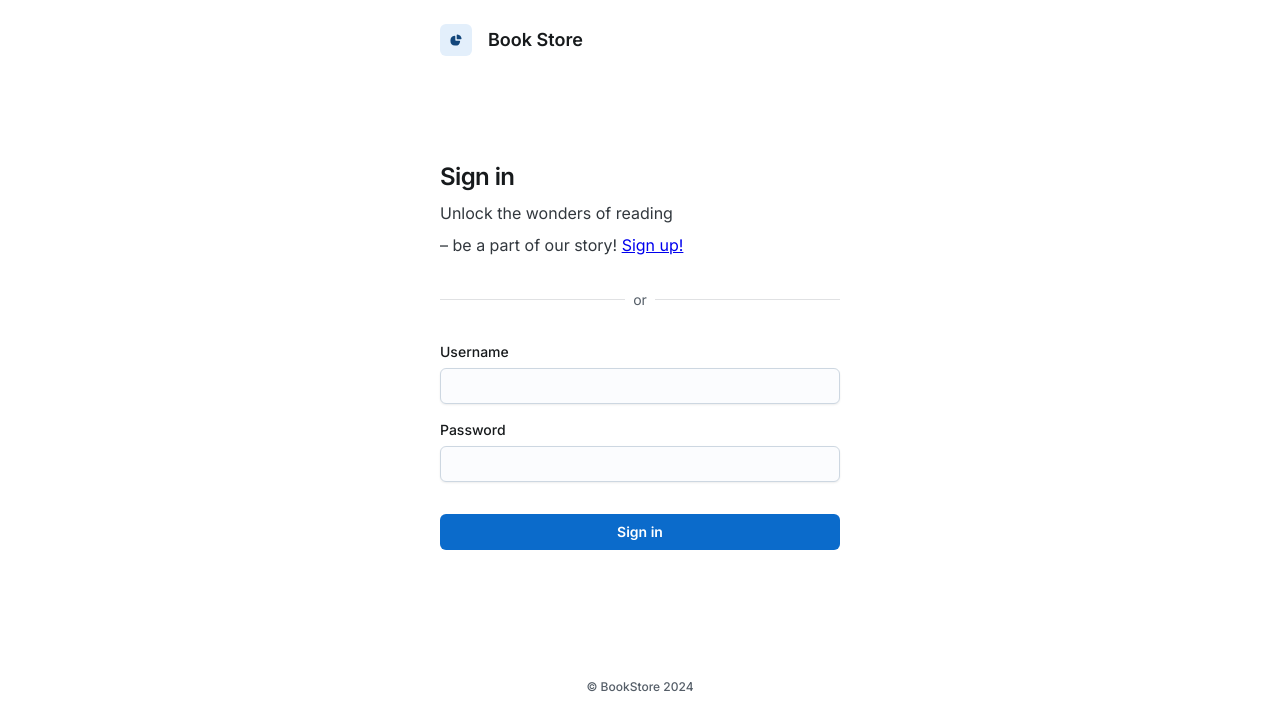
Repository: LaurentiusKevin/bookstore-fe
Page: /auth/login
An editor plug-in stored every save of this project. The page is shown before and after the next save, followed by the edit.
The browser window is 1280 px wide. The pictures show the whole page.
The project was rebuilt for these pictures with package versions that can differ from the ones it lists, and the page was loaded fresh each time. The framework's server and built-in components were replaced by stand-ins that run in the browser. Also part of the build but not shown: next.config.mjs.

Above is the page before, as saved 2024-04-07 01:00:05.

After the next save:
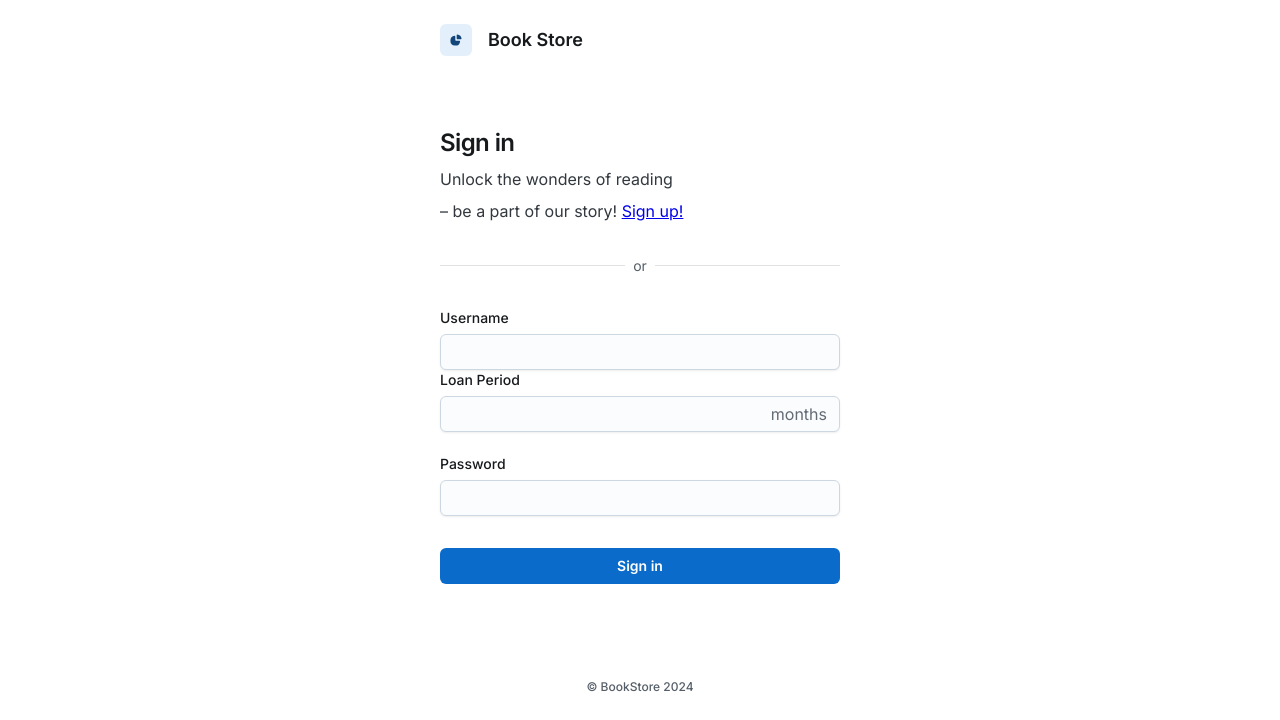
Saved 2 min 49 s later.
--- a/src/app/auth/login/page.tsx
+++ b/src/app/auth/login/page.tsx
@@ -23,6 +23,7 @@ import { useRouter } from "next/navigation";
 import { useForm } from "react-hook-form";
 import SnackbarCustom from "@/components/snackbar-custom";
 import { useState } from "react";
+import FormInput, { InputType } from "@/components/form-input";
 
 interface FormData {
   email: string;
@@ -157,6 +158,14 @@ export default function AuthSignIn() {
                     type="email"
                     name="email"
                   />
+                  <FormInput
+                    register={register("email", {
+                      required: "Required!",
+                    })}
+                    label="Loan Period"
+                    type={InputType.TEXT_INPUT}
+                    endDecorator={<div>months</div>}
+                  />
                 </FormControl>
                 <FormControl required>
                   <FormLabel>Password</FormLabel>
